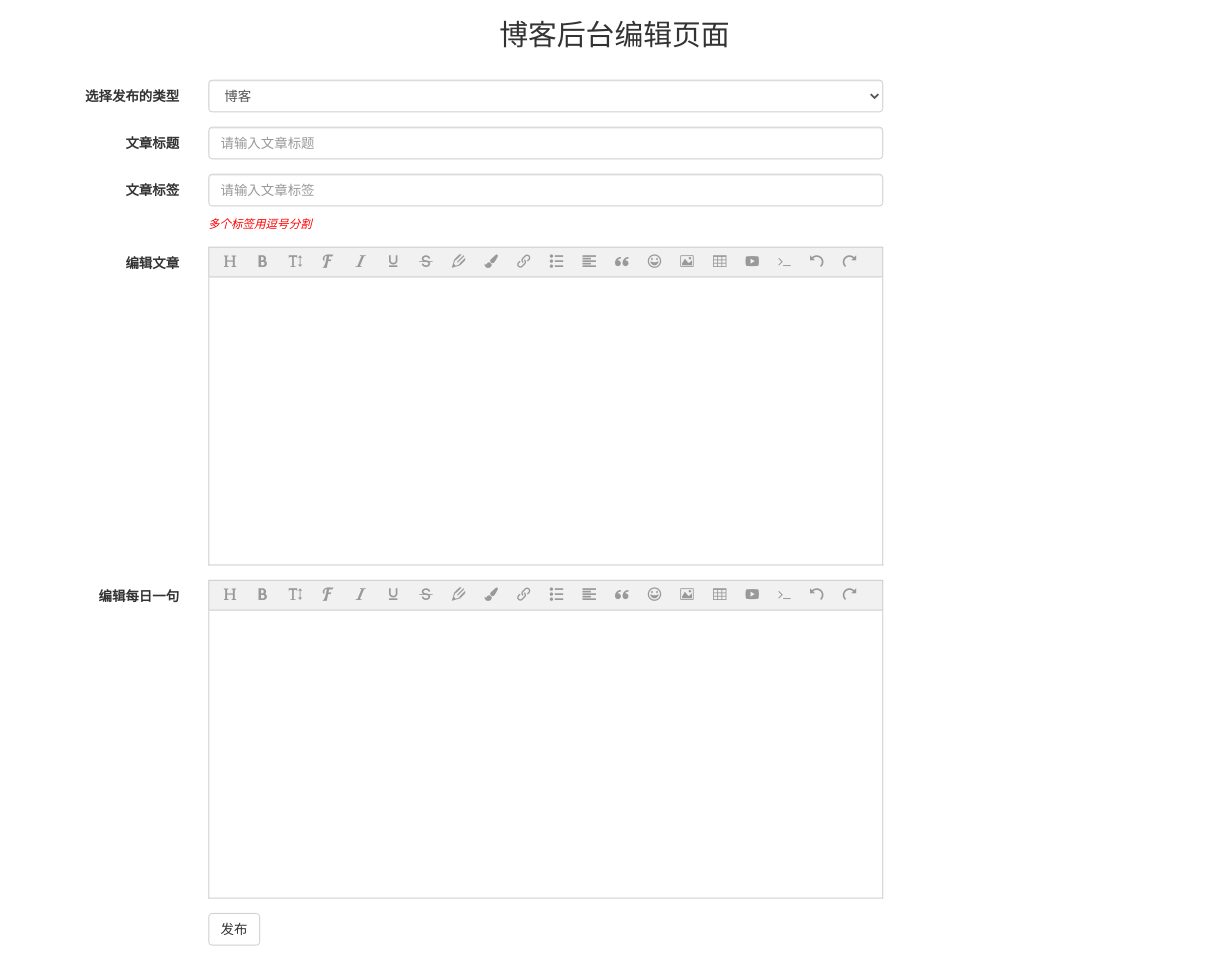
Repository: li1214/my_blog
Page: page/editor_blog_everyday.html
An editor plug-in stored every save of this project. The page is shown before and after the next save, followed by the edit.
The browser window is 1280 px wide. The pictures show the whole page, at 96% of full size.

Above is the page before, as saved 2019-01-07 10:54:48.

### page/editor_blog_everyday.html
<!DOCTYPE html>
<html lang="en">
<head>
    <meta charset="UTF-8">
    <meta name="viewport" content="width=device-width, initial-scale=1.0">
    <meta http-equiv="X-UA-Compatible" content="ie=edge">
    <title>博客编辑发布</title>
    <link rel='stylesheet'  href='./css/bootstrap-theme.min.css'>
    <script src="./js/wangEditor.min.js"></script>
    <script src='./js/jquery.js'></script>
</head>
<body>
    <div class='container'>
        <h2 style="text-align: center;">博客后台编辑页面</h2>
        <form class="form-horizontal" style='margin-top:30px;width: 850px;'>
            <div class="form-group">
                <label for="inputEmail3" class="col-sm-2 control-label">选择发布的类型</label>
                <div class="col-sm-10">
                    <select class="form-control" id='editorType'>
                        <option value='blog'>博客</option>
                        <option value='everyday'>每日一句</option>
                    </select>
                </div>
            </div>
            <div class='editor-blog' id='blogBox'>
                <div class="form-group">
                    <label for="inputEmail3" class="col-sm-2 control-label">文章标题</label>
                    <div class="col-sm-10">
                        <input type="text" class="form-control" id="title" placeholder="请输入文章标题">
                    </div>
                </div>
                <div class="form-group">
                    <label for="inputPassword3" class="col-sm-2 control-label">文章标签</label>
                    <div class="col-sm-10">
                        <input type="text" class="form-control" id="tags" placeholder="请输入文章标签">
                        <em style="color:red;font-size:12px;margin-top:10px;display: inline-block;"> 多个标签用逗号分割</em>
                    </div>
                </div>
                <div class="form-group">
                    <label for="blog" class="col-sm-2 control-label">编辑文章</label>
                    <div class="col-sm-10">
                        <div id="blog">

                        </div>
                    </div>
                </div>
            </div>
            <div class='editor-everyday' id='everydayEdirot'>
                <div class="form-group">
                    <label for="blog" class="col-sm-2 control-label">编辑每日一句</label>
                    <div class="col-sm-10">
                        <div id="everyday">

                        </div>
                    </div>
                </div>
            </div>
            <div class="form-group">
                <div class="col-sm-offset-2 col-sm-10">
                    <button  class="btn btn-default" id='submit'>发布</button>
                </div>
            </div>
        </form>
    </div>
    <script>

    </script>
    <script src='./js/editor_blog_everyday.js'></script>
</body>
</html>

### page/js/editor_blog_everyday.js
$(function () {
    var E = window.wangEditor
    //创建blog富文本
    var blog = new E('#blog');
    blog.customConfig.uploadImgShowBase64 = true;
    blog.create()
    //创建每日一句富文本
    var every = new E("#everyday");
    every.create();


    //判断显示编辑类型
    function editorType () {
        var type = $("#editorType").val();
        if(type == 'blog'){
            $("#blogBox").show();
        }
    }
    editorType();
})

Loaded but not shown: page/css/bootstrap-theme.min.css (library); page/js/wangEditor.min.js (library); page/js/jquery.js (library)

After the next save:
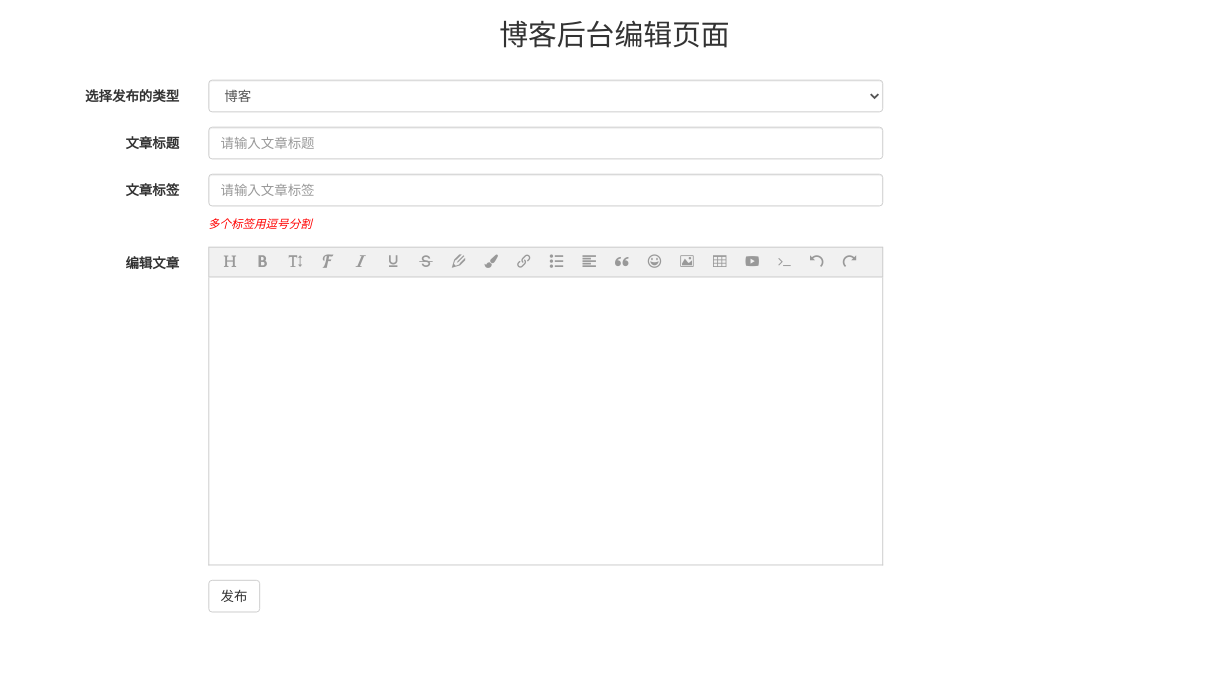
Saved 13 s later.
--- a/page/js/editor_blog_everyday.js
+++ b/page/js/editor_blog_everyday.js
@@ -14,6 +14,7 @@ $(function () {
         var type = $("#editorType").val();
         if(type == 'blog'){
             $("#blogBox").show();
+            $("#everydayEdirot").hide();
         }
     }
     editorType();
